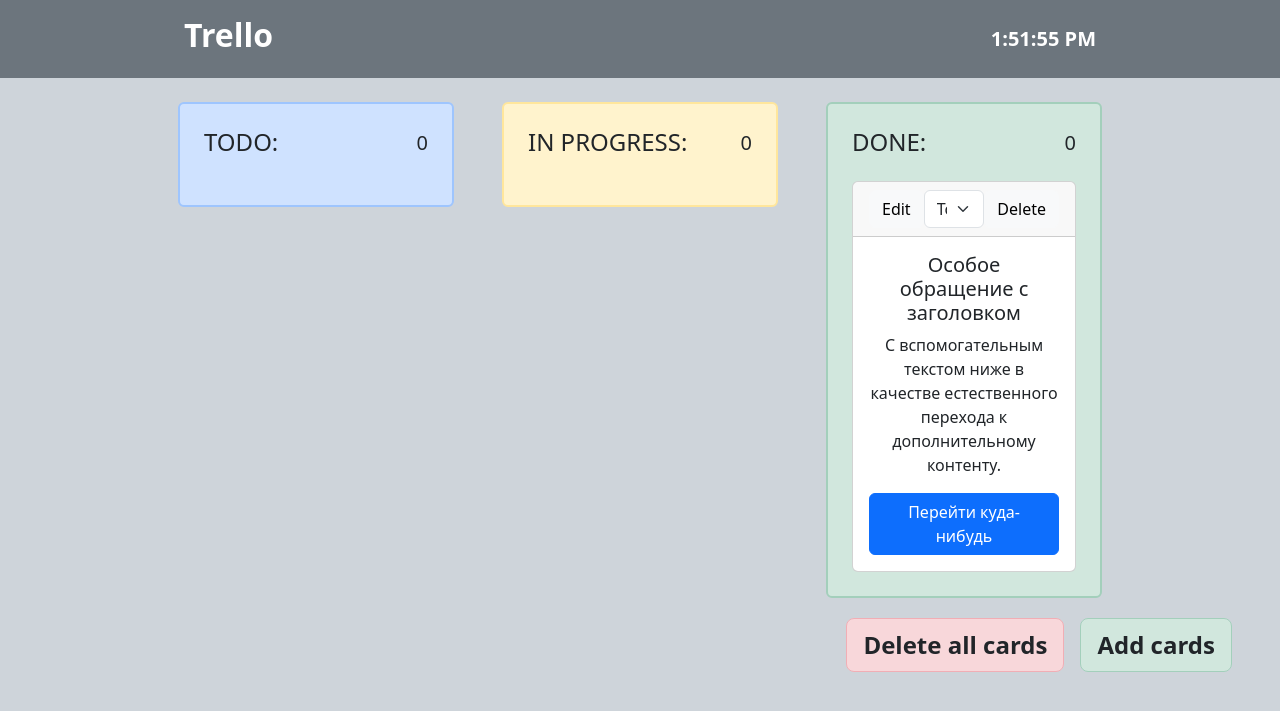
Repository: Valeria154/trello-app-clone
Page: / (app in trello-app-project/)
The author's editor kept a copy of each file at every save. The page is drawn from the files as they stood at one save, then again after the next save.
The browser window is 1280 px wide. The pictures show the whole page.
The project was rebuilt for these pictures with package versions that can differ from the ones it lists, and the page was loaded fresh each time. Also part of the build but not shown: trello-app-project/vite.config.js.

Above is the page before, as saved 2025-03-16 22:02:32.

### trello-app-project/src/index.html
<!doctype html>
<html lang="en">

<head>
	<meta charset="UTF-8" />
	<meta name="viewport" content="width=device-width, initial-scale=1.0" />
	<title>Trello</title>
	<script type="module" src="./main.js"></script>
</head>

<body class="bg-dark-subtle">
	<header class="bg-secondary p-3">
		<div class="container d-flex justify-content-between align-items-center mx-autox w-75">
			<h1 class="fs-2 fw-bold text-white">Trello</h1>
			<div class="fs-5 fw-semibold text-white" id="clock"></div>
		</div>
	</header>
	<main class="p-4">
		<div class="container text-center w-75" id="containerTodo">
			<div class="row align-items-start mb-6 gap-5">
				<!-- TODO -->
				<div class="col border border-primary-subtle border-2 rounded-2 text-dark p-4 bg-primary-subtle">
					<div class="d-flex justify-content-between mb-3">
						<h4>TODO:</h4>
						<div id="todoCount" data-role="count" class="fs-5">0</div>
					</div>
					<div id="todo" data-role="status"></div>
				</div>
				<!-- In progress -->
				<div class="col border border-warning-subtle border-2 rounded-2 text-dark p-4 bg-warning-subtle">
					<div class="d-flex justify-content-between mb-3">
						<h4>IN PROGRESS:</h4>
						<div id="progressCount" data-role="count" class="fs-5">0</div>
					</div>
					<div id="progress" data-role="status"></div>
				</div>
				<!-- Done -->
				<div class="col border border-success-subtle border-2 rounded-2 text-dark p-4 bg-success-subtle">
					<div class="d-flex justify-content-between mb-3">
						<h4>DONE:</h4>
						<div id="doneCount" data-role="count" class="fs-5">0</div>
					</div>
					<div id="done" data-role="status">
						<div class="card">
							<div class="card-header d-flex justify-content-between">
								<button type="button" class="btn btn-light">Edit</button>
								<select class="form-select" aria-label="Default select example">
									<option selected value="1">Todo</option>
									<option value="2">In progress</option>
									<option value="3">Done</option>
								</select>
								<button type="button" class="btn btn-light">Delete</button>
							</div>
							<div class="card-body">
								<h5 class="card-title">Особое обращение с заголовком</h5>
								<p class="card-text">С вспомогательным текстом ниже в качестве естественного перехода к
									дополнительному контенту.</p>
								<a href="#" class="btn btn-primary">Перейти куда-нибудь</a>
							</div>
						</div>
					</div>
				</div>
			</div>
			<div class="d-grid gap-2 d-md-flex justify-content-md-end position-fixed bottom-0 end-0 p-5">
				<button class="btn btn-lg bg-danger-subtle border-danger-subtle me-md-2 fs-4 fw-semibold" type="button"
					id="deleteAllBtn">Delete all
					cards</button>
				<button id="addCardBtn" class="btn btn-lg bg-success-subtle border-success-subtle fs-4 fw-semibold"
					type="button">Add
					cards</button>
			</div>
			<!-- Modal form -->
			<div id="modalFormContainer" class="position-relative block" style="z-index: 20">
				<!-- <div class="d-flex align-items-center justify-content-center position-fixed top-0 start-0 w-100 h-100 bg-dark bg-opacity-50">
					<form id="todoForm" class="p-4 border rounded bg-light text-start fw-semibold w-50 position-relative">
						<div class="mb-3">
							<label for="title" class="form-label fs-5">Title</label>
							<input type="text" class="form-control" id="title" placeholder="Enter todo...">
						</div>
						<div class="mb-3">
							<label for="description" class="form-label fs-5">Description</label>
							<textarea class="form-control p-2 rounded-3" id="description" rows="6"
								placeholder="Write description"></textarea>
						</div>
						<div class="mb-3">
							<label for="user" class="form-label fs-5">User </label>
							<select id="user" class="form-select">
								<option selected value="">Choose user</option>
								<option value="Amelia">Amelia</option>
								<option value="Mary">Mary</option>
								<option value="Thomas">Thomas</option>
								<option value="Harry">Harry</option>
								<option value="Susan">Susan</option>
							</select>
						</div>
						<button type="submit" class="btn btn-primary bg-secondary bg-gradient border-secondary">Add card
							TODO</button>
						<button type="button" class="btn-close position-absolute top-0 end-0 me-4 mt-4"
							aria-label="close"></button>
					</form>
				</div> -->
			</div>
		</div>
	</main>

</body>

</html>

### trello-app-project/src/main.js
import './style.scss'
// import javascriptLogo from './javascript.svg'
// import viteLogo from '/vite.svg'

// const storageKey = 'todos'
// const todos = getDataFromStorage()
// const clockElement = document.querySelector('#clock')
// const containerTodoElement = document.querySelector('.container-todo')
// const formElement = document.querySelector('#form')
// const buttonAddTodoElement = document.querySelector('#addTodoBtn')
// const deleteAllButtonElement = document.querySelector('#deleteAllBtn')
// const [todoContainerElement, inProgressContainerElement, doneContainerElement,] = document.querySelectorAll('[data-role="status-column"]')
// const [todoCountElement, inProgressCountElement, doneCountElement] = document.querySelectorAll('[data-role="count-cards"]')
// // Modals
// const formModalElement = document.querySelector('#formModal')
// const deleteAllModalElement = document.querySelector('#deleteAllModal')
// const confirmBtn = document.querySelector('[data-role="confirm-delete"]');
// const cancelBtn = document.querySelector('[data-role="cancel-delete"]');
// const progressLimitModalElement = document.querySelector('#progressLimitModal')

// const statusArr = ['todo', 'progress', 'done']
const todos = getData()
const clockElement = document.querySelector('#clock')
const addCardBtnElement = document.querySelector('#addCardBtn')
const modalFormElement = document.querySelector('#modalFormContainer')
const formElement = document.querySelector('#form')

const containerTodoElement = document.querySelector('#containerTodo')
const [todoContainerElement, inProgressContainerElement, doneContainerElement] = document.querySelectorAll('[data-role="count"]')
const [todoCountElement, inProgressCountElement, doneCountElement] = document.querySelectorAll('[data-role="status"]')
const todoContainer = document.querySelector('#todo')
const todoCount = document.querySelector('#todoCount')

const statusArr = ['todo', 'inprogress', 'done']

addCardBtnElement.addEventListener('click', handleClickButtonAddCard)
containerTodoElement.addEventListener('submit', handleSubmitForm)

//Часы
function showClock() {
	clockElement.textContent = new Date().toLocaleTimeString()
}
setInterval(showClock, 1000)
showClock()

function handleClickButtonAddCard() {
	if (!formElement) {
		modalFormElement.innerHTML = buildModalForm()
		const btnCloseElement = modalFormElement.querySelector('.btn-close')
		btnCloseElement.addEventListener('click', () => toggleModal(modalFormElement))

		const formElement = modalFormElement.querySelector('#form')
		formElement.addEventListener('submit', handleSubmitForm)
	}
	toggleModal(modalFormElement) // Открываем модальное окно
}

function toggleModal(modal) {
	if (modal.classList.contains('block')) {
		modal.classList.replace('block', 'hidden')
	} else {
		modal.classList.replace('hidden', 'block')
	}
}

function buildModalForm() {
	return `
				<div class="d-flex align-items-center justify-content-center position-fixed top-0 start-0 w-100 h-100 bg-dark bg-opacity-50">
					<form id="form" class="p-4 border rounded bg-light text-start fw-semibold w-50 position-relative">
						<div class="mb-3">
							<label for="title" class="form-label fs-5">Title</label>
							<input type="text" class="form-control" id="title" placeholder="Enter todo...">
						</div>
						<div class="mb-3">
							<label for="description" class="form-label fs-5">Description</label>
							<textarea class="form-control p-2 rounded-3" id="description" rows="6"
								placeholder="Write description"></textarea>
						</div>
						<div class="mb-3">
							<label for="user" class="form-label fs-5">User </label>
							<select id="user" class="form-select">
								<option selected value="">Choose user</option>
								<option value="Amelia">Amelia</option>
								<option value="Mary">Mary</option>
								<option value="Thomas">Thomas</option>
								<option value="Harry">Harry</option>
								<option value="Susan">Susan</option>
							</select>
						</div>
						<button type="submit" class="btn btn-primary bg-secondary bg-gradient border-secondary">Add card
							TODO</button>
						<button type="button" class="btn-close position-absolute top-0 end-0 me-4 mt-4"
							aria-label="close"></button>
					</form>
				</div>
	`
}

function handleSubmitForm(event) {
	event.preventDefault()
	console.log('Форма отправляется!')
	// Получаем данные из формы
	const formData = new FormData(event.target)
	const formDataObject = Object.fromEntries(formData) // преобразуем, полученные иданные, в объект ключ-значение
	console.log('Полученные данные:', formDataObject)

	// const { editedId } = formElement.dataset
	// if (editedId) {
	// 	const editedTodoIndex = todos.findIndex(todo => todo.id == editedId)
	// 	todos[editedTodoIndex] = { ...todos[editedTodoIndex], ...formDataObject }
	// 	setData(todos)
	// 	render(todos)
	// } else {
	if (!formDataObject == '') {
		const newTodo = new Todo(formDataObject) // создаем новую todo с данными из формы
		todos.push(newTodo) // добавление новой задачи в массив
		setData(todos) // сохранение обновленного массива в localStorage
		render(todos) // перерисовка списка задач
	}
	formElement.reset()
	toggleModal(modalFormElement)
	delete formElement.dataset.editedId
}

function getData() {
	return JSON.parse(localStorage.getItem('todos')) || []
}

function setData(todo) {
	localStorage.setItem('todos', JSON.stringify(todo))
}

function countTodos(todos) {
	const todoCountArr = todos.filter(todo => todo.status == 'todo')
	todoCountElement.textContent = todoCountArr.length
	const inProgressArr = todos.filter(todo => todo.status == 'progress')
	inProgressCountElement.textContent = inProgressArr.length
	const doneCountArr = todos.filter(todo => todo.status == 'done')
	doneCountElement.textContent = doneCountArr.length
}

class Todo {
	constructor({ title, description, user, status = '0' }) {
		this.id = Date.now()
		this.createdAt = new Date().toString()
		this.title = title
		this.description = description
		this.user = user
		this.status = statusArr[status]
	}
}

function render(todos = []) {
	todoContainerElement.innerHTML = '' //очищает контейнер задач
	inProgressContainerElement.innerHTML = ''
	doneContainerElement.innerHTML = ''
	todos.forEach(todo => {
		const statusColumn = document.querySelector(`#${todo.status}`)
		statusColumn.insertAdjacentHTML('beforeend', buildTodoTemplate(todo)) //новые задачи будут отображаться внизу так как beforeend вставляет новую задачу в конец контейнера
	})
	countTodos(todos)
	showClock()
}

function buildTodoTemplate({ id, title, description, user, status, createdAt }) {
	const date = currentDate(createdAt)
	return `
	        <div data-id="${id}" class="card bg-white">
            <div class="d-flex justify-content-center" role="group">
                <button type="button" class="btn btn-light" data-role="edit">EDIT</button>
                <select name="status" class="btn btn-light">
                    <option value="todo" ${status == 'todo' ? 'selected' : ''}>Todo</option>
                    <option value="progress" ${status == 'progress' ? 'selected' : ''}>In progress</option>
                    <option value="done" ${status == 'done' ? 'selected' : ''}>Done</option>
                </select>
                <button type="button" class="btn btn-light" data-role="remove">DELETE</button>
            </div>
            <div class="p-4 mb-2">
                <h4 class="text-start fs-5 fw-semibold">${title}</h4>
                <div class="text-start fs-6"><p>${description}</p></div>
            </div>
            <div class="d-flex justify-content-between text-start">
                <div>${user}</div>
                <div>${date}</div>
            </div>
        	</div>
	`
}

function currentDate(date = '', locale = 'ru-RU') {
	const dateTemplate = new Date(date)
	return `${dateTemplate.toLocaleDateString(locale)}, ${dateTemplate.toLocaleTimeString(locale)}`
}
// function currentDate(date = '', locale = 'ru-RU') {
// 	const dateTemplate = new Date(date)
// 	// const dateFormat = {
// 	// 	hour: 'numeric',
// 	// 	minute: 'numeric',
// 	// 	year: 'numeric',
// 	// 	month: 'numeric',
// 	// 	day: 'numeric'
// 	// }
// 	return `${dateTemplate.toLocaleDateString(locale)}, ${dateTemplate.toLocaleTimeString(locale)}`
// 	// return new Intl.DateTimeFormat(locale, dateFormat).format(dateTemplate)
// }

// class Todo {
// 	id = Date.now()
// 	createdAt = new Date().toString()
// 	constructor({ title, description, user, status = '0' }) {
// 		this.title = title
// 		this.description = description
// 		this.user = user
// 		this.status = statusArr[status]
// 	}

### trello-app-project/src/style.scss
@import "bootstrap/scss/bootstrap";

.hidden {
	display: none;
	opacity: 0;
	transition: opacity 0.3s ease;
}

.block {
	display: block;
	opacity: 1;
	transition: opacity 0.3s ease;
}

After the next save:
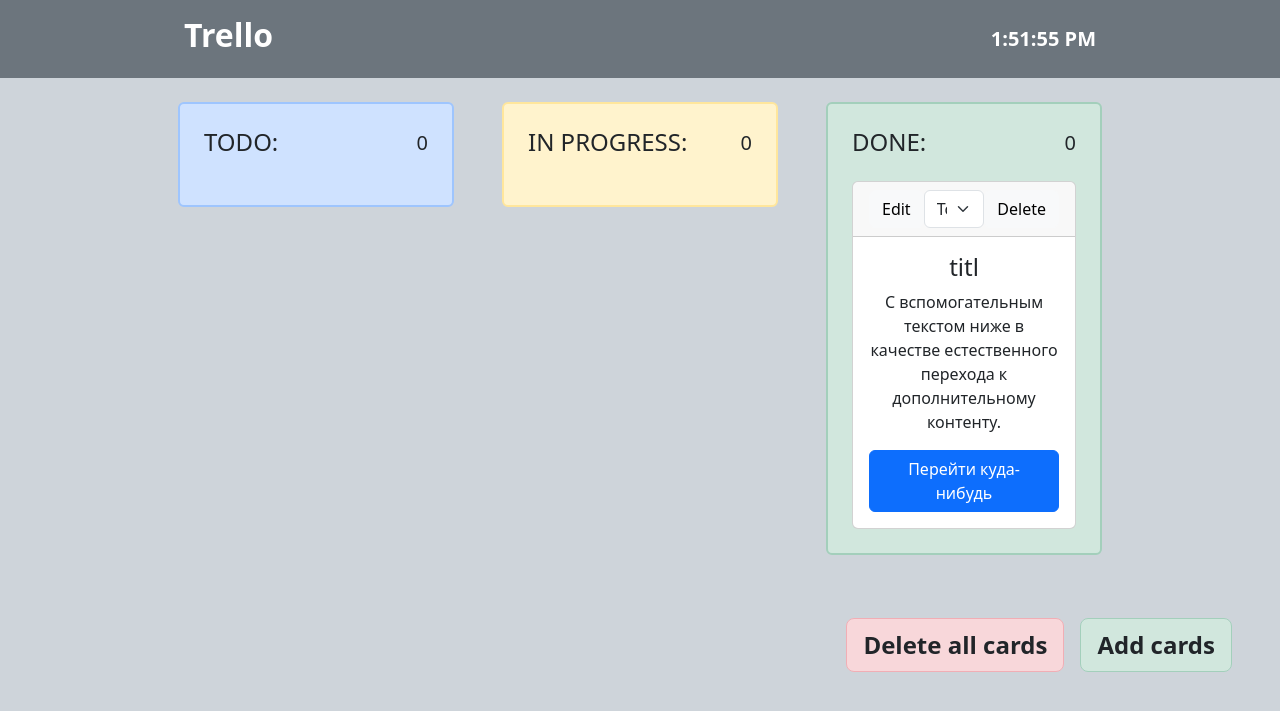
Saved 44 s later.
--- a/trello-app-project/src/index.html
+++ b/trello-app-project/src/index.html
@@ -52,7 +52,7 @@
 								<button type="button" class="btn btn-light">Delete</button>
 							</div>
 							<div class="card-body">
-								<h5 class="card-title">Особое обращение с заголовком</h5>
+								<h4 class="card-title">titl</h4>
 								<p class="card-text">С вспомогательным текстом ниже в качестве естественного перехода к
 									дополнительному контенту.</p>
 								<a href="#" class="btn btn-primary">Перейти куда-нибудь</a>
